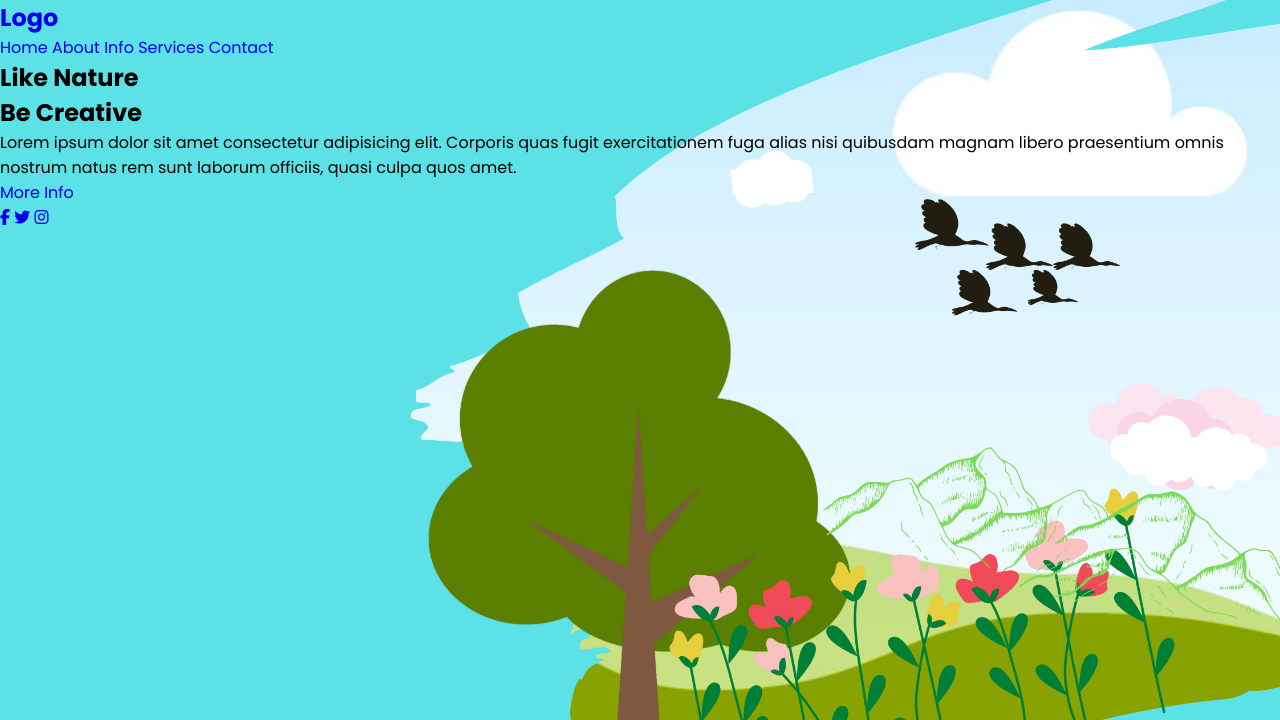
Repository: nganha241/CreativeNature
Page: index.html
An editor plug-in stored every save of this project. The page is shown before and after the next save, followed by the edit.
The browser window is 1280 px wide. The pictures show the whole page.
Some web libraries are served in a nearby version.

Above is the page before, as saved 2022-06-18 08:18:46.

After the next save:
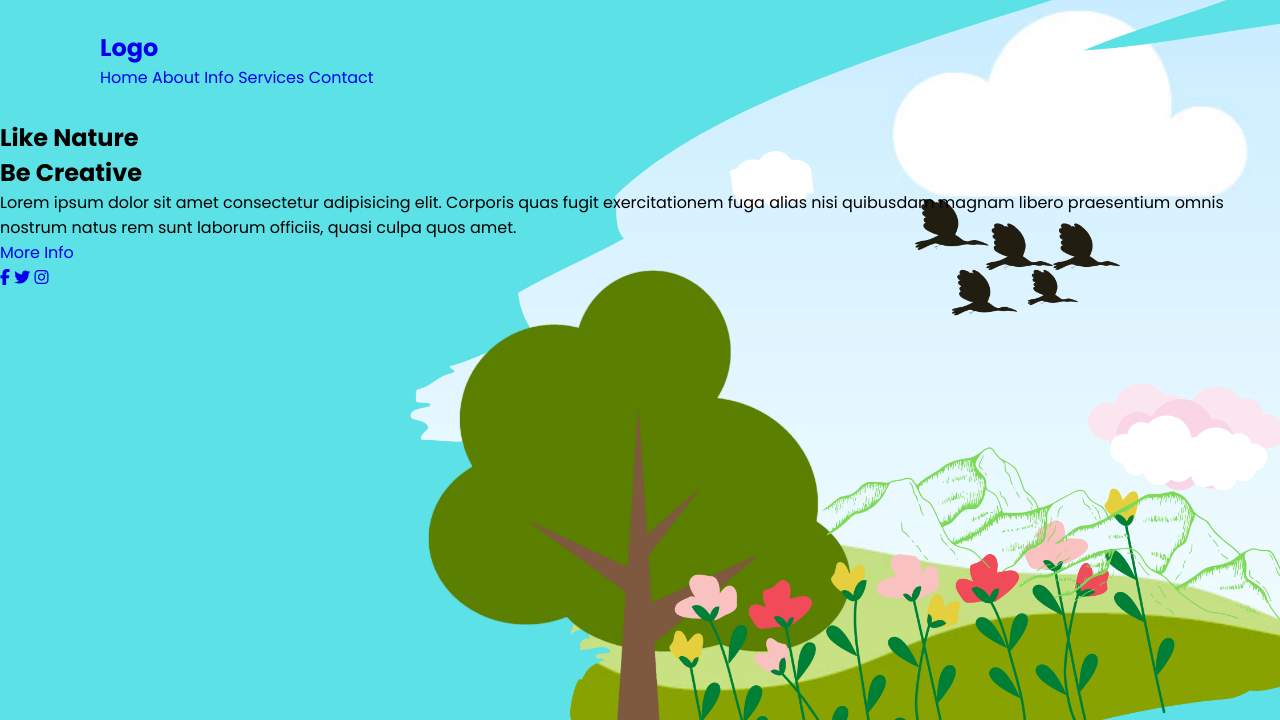
Saved 93 s later.
--- a/style.css
+++ b/style.css
@@ -22,3 +22,10 @@ section {
     background-size: cover;
     background-position: center;
 }
+
+header {
+    position: relative;
+    top: 0;
+    width: 100%;
+    padding: 30px 100px;
+}
